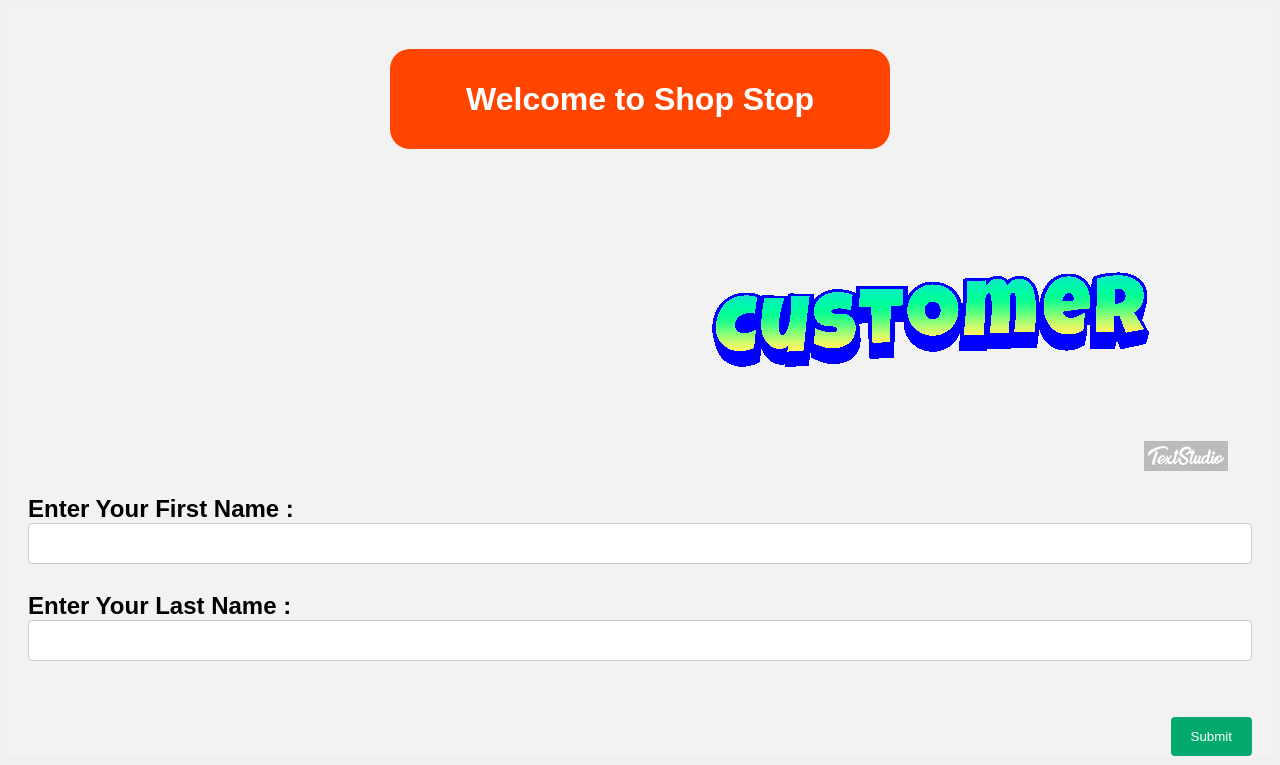
Repository: Rohit-3413/GET-java-training
Page: http://localhost/ShopStop/register.html
The author's editor kept a copy of each file at every save. The page is drawn from the files as they stood at one save, then again after the next save.
The browser window is 1280 px wide. The pictures show the whole page.
The page is served by Tomcat 10. Other server files are loaded and not shown.

Above is the page before, as saved 2025-09-19 05:28:34.

### Web-workspace/ShopStop/src/main/webapp/register.html
<!DOCTYPE html>
<html>
<head>
<meta charset="UTF-8">
<title>Customer Registration</title>
<link rel = "stylesheet" href= "css/register.css">
</head>
<body>
	<div class="container">
		<h1>Welcome to Shop Stop</h1>
		<img alt="customer shopping" src="images/customer.gif">
		<form name="frmRegistration" action="FirstName">
			<h2>
				Enter Your First Name : <input name="txtFirstName" type="text"
					id="txtFirstName"> <br>
				<br> Enter Your Last Name : <input name="txtLastName"
					type="text" id="txtLastName"> <br>
				<br>
				<br> <input type="submit" name="Submit" value="Submit">
			</h2>
		</form>
	</div>
</body>
</html>

### Web-workspace/ShopStop/src/main/webapp/css/register.css
@charset "UTF-8";

body{
    background-color: #f0f0f0;
    font-family: Arial, sans-serif;
}
h1{
	text-align:center;
	background-color:orangered;
	color:white;
	border-radius:20px;
	width:500px;
	height:100px;
	line-height:100px;
	margin-left:auto;
	margin-right:auto;
}
/* Style the container */
.container {
  border-radius: 5px;
  background-color: #f2f2f2;
  padding: 20px;
}

/* Style the submit button */
input[type=submit] {
  background-color: #04AA6D;
  color: white;
  padding: 12px 20px;
  border: none;
  border-radius: 4px;
  cursor: pointer;
  float: right;
}

/* Style inputs, select elements and textareas */
input[type=text], select, textarea{
  width: 100%;
  padding: 12px;
  border: 1px solid #ccc;
  border-radius: 4px;
  box-sizing: border-box;
  resize: vertical;
}

.container img{
	padding-left:600px;
}

After the next save:
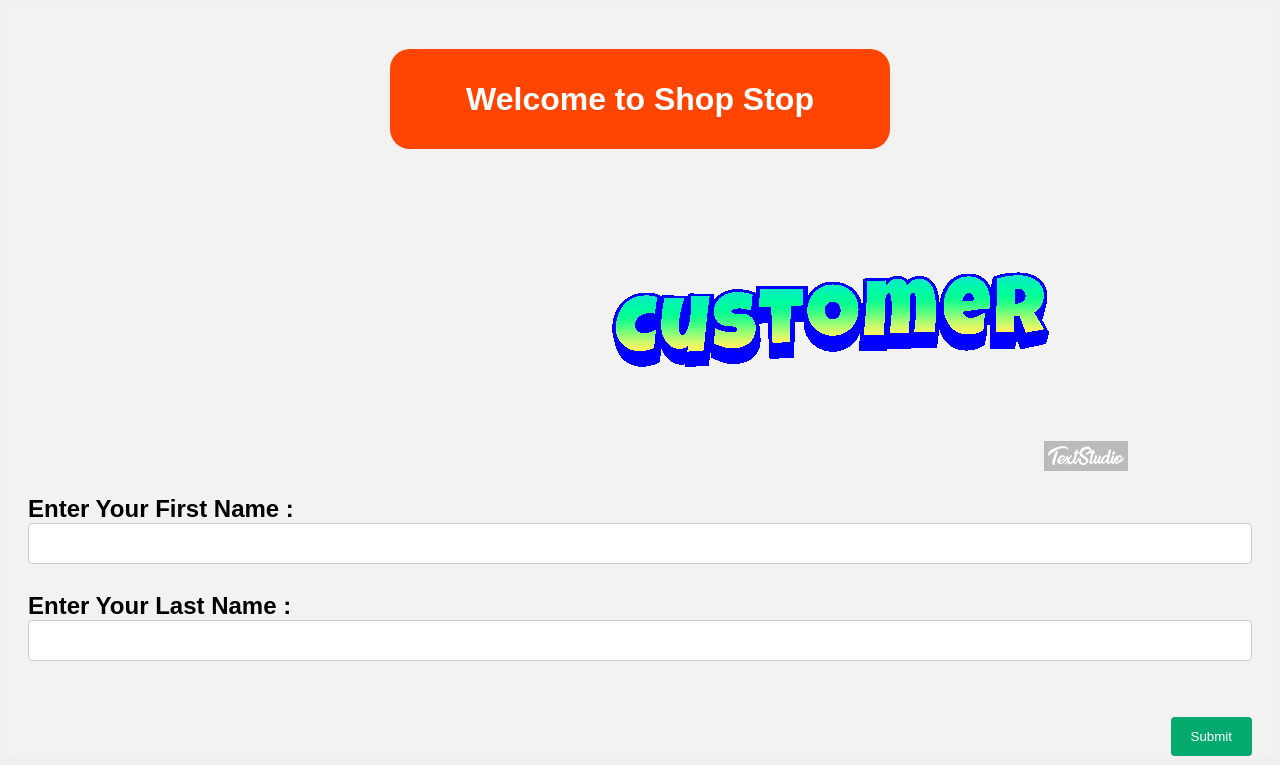
Saved 39 min 30 s later.
--- a/Web-workspace/ShopStop/src/main/webapp/css/register.css
+++ b/Web-workspace/ShopStop/src/main/webapp/css/register.css
@@ -44,5 +44,5 @@
 }
 
 .container img{
-	padding-left:600px;
+	padding-left:500px;
 }
